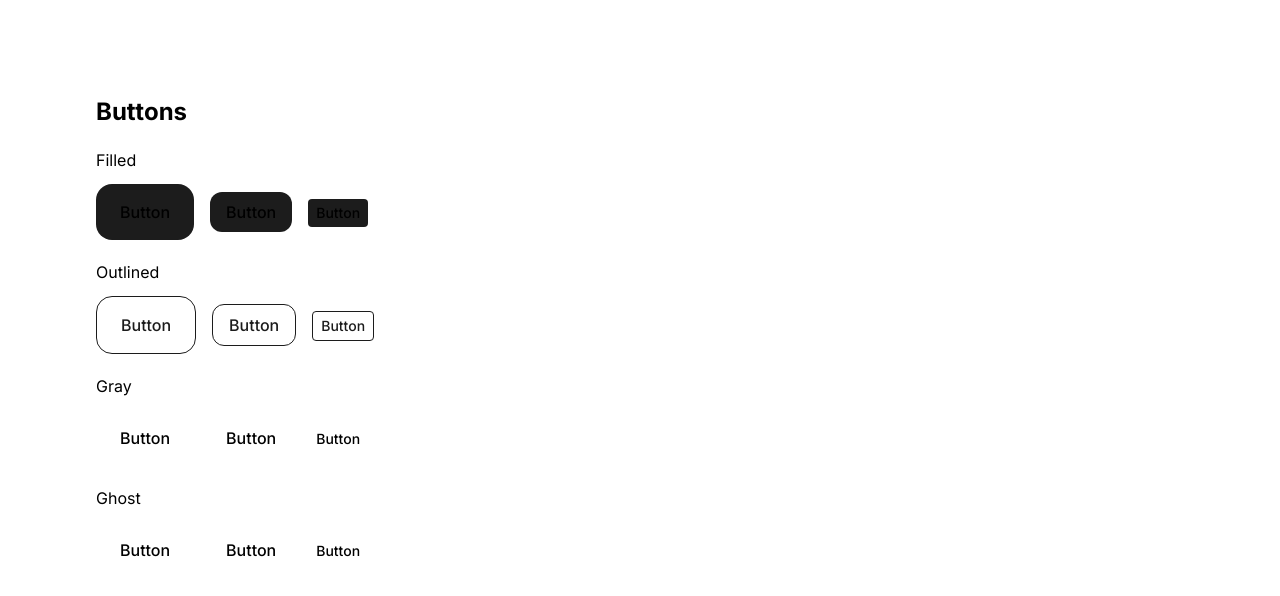
Repository: ggonzaga29/polarized-dashboard
Page: /
These files come from the project's save history. The page is drawn as it stood at one moment and after the next save; the edit follows.
The browser window is 1280 px wide. The pictures show the whole page.
The project was rebuilt for these pictures with package versions that can differ from the ones it lists, and the page was loaded fresh each time. The framework's server and built-in components were replaced by stand-ins that run in the browser. Also part of the build but not shown: next.config.js.

Above is the page before, as saved 2023-08-04 00:28:36.

After the next save:
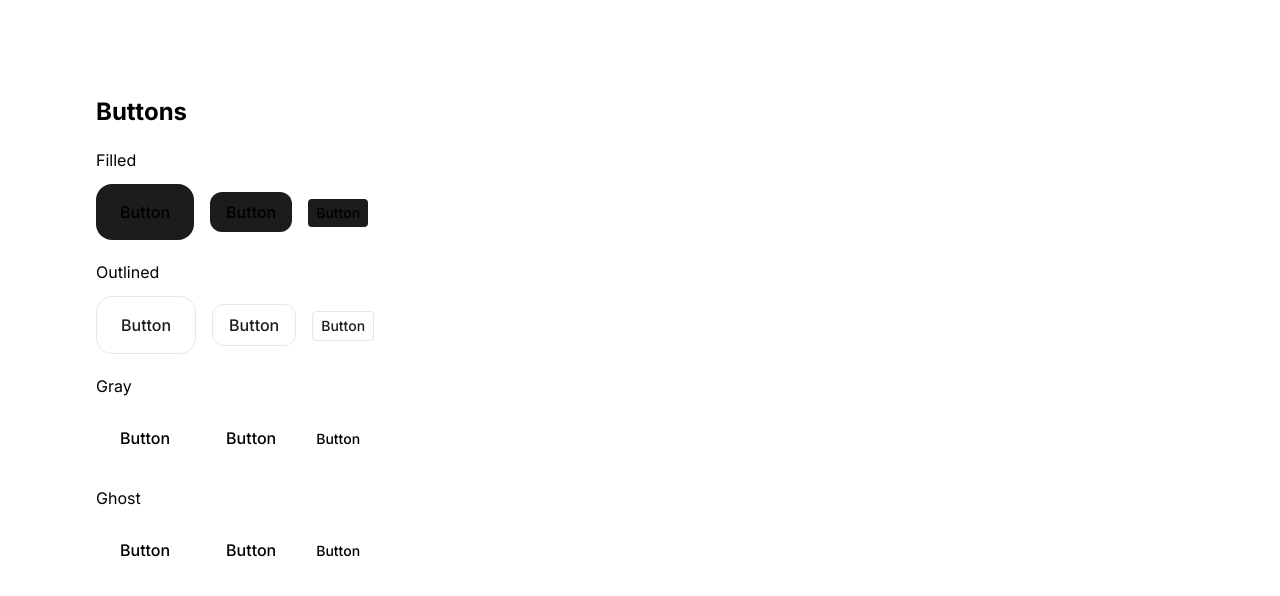
Saved 50 s later.
--- a/tailwind.config.js
+++ b/tailwind.config.js
@@ -29,22 +29,22 @@ module.exports = {
 				// --white-5: hsl(0, 0%, 5%);
 
 
-				black: {
-					100: "var(--black-100)",
-					80: "var(--black-80)",
-					40: "var(--black-40)",
-					20: "var(--black-20)",
-					10: "var(--black-10)",
-					5: "var(--black-5)",
+				shade: {
+					100: "var(--shade-100)",
+					80: "var(--shade-80)",
+					40: "var(--shade-40)",
+					20: "var(--shade-20)",
+					10: "var(--shade-10)",
+					5: "var(--shade-5)",
 				},
 
-				white: {
-					100: "var(--white-100)",
-					80: "var(--white-80)",
-					40: "var(--white-40)",
-					20: "var(--white-20)",
-					10: "var(--white-10)",
-					5: "var(--white-5)",
+				tint: {
+					100: "var(--tint-100)",
+					80: "var(--tint-80)",
+					40: "var(--tint-40)",
+					20: "var(--tint-20)",
+					10: "var(--tint-10)",
+					5: "var(--tint-5)",
 				},
 
 				primary: {
